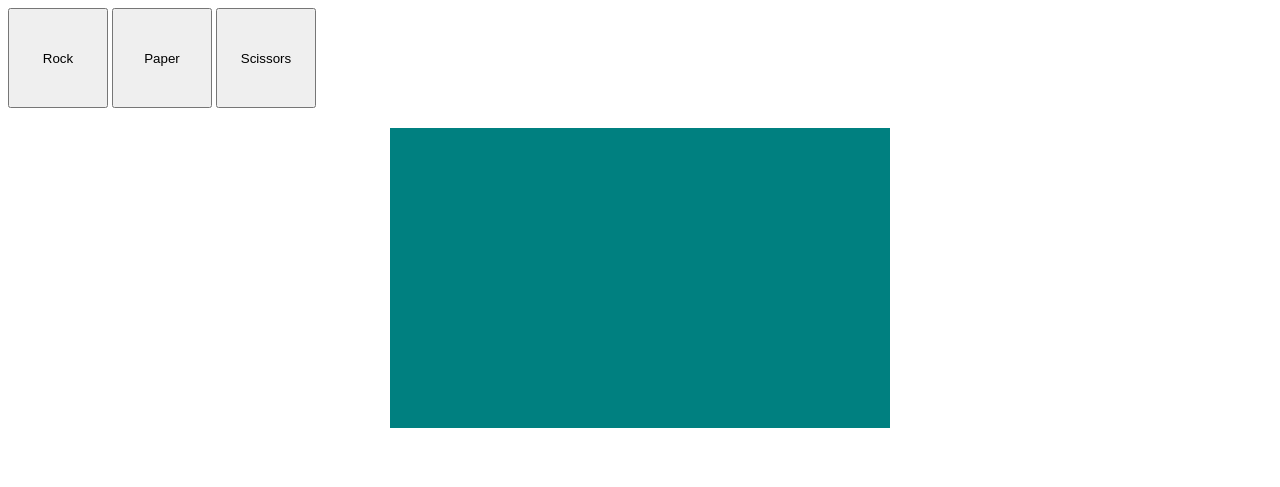
Repository: Pafestivo/rock-paper-scissors
Page: index.html
These files come from the project's save history. The page is drawn as it stood at one moment and after the next save; the edit follows.
The browser window is 1280 px wide. The pictures show the whole page.

Above is the page before, as saved 2022-10-14 14:19:55.

### index.html
<!DOCTYPE html>
<html lang="en">
<head>
  <meta charset="UTF-8">
  <meta name="viewport" content="width=device-width, initial-scale=1.0">
  <link rel="stylesheet" href="styles.css">
  <script src="js-file.js" defer></script>
  <title>Document</title>
</head>
<body>
  <button id="rock">Rock</button>
  <button id="paper">Paper</button>
  <button id="scissors">Scissors</button>

  <div id="results">

  </div>
</body>
</html>

### styles.css
button {
  width: 100px;
  height: 100px;
}

#results {
  margin: 20px auto 0 auto;
  width: 500px;
  height: 300px;
  background-color: teal;
}

### js-file.js
//round logic
function playRound(playerSelection, computerSelection) {
  let log = ""

  if (
    (playerSelection === "Rock" && computerSelection === "Paper") ||
    (playerSelection === "Paper" && computerSelection === "Scissors") ||
    (playerSelection === "Scissors" && computerSelection === "Rock")
    ) {
    log = "You lost this round!"
  }
  else if (
    (playerSelection === "Paper" && computerSelection === "Rock") ||
    (playerSelection === "Rock" && computerSelection === "Scissors") ||
    (playerSelection === "Scissors" && computerSelection === "Paper")
  ) {
    log = "You won this round!"
  }
  else if (
    (playerSelection === "Rock" && computerSelection === "Rock") ||
    (playerSelection === "Paper" && computerSelection === "Paper") ||
    (playerSelection === "Scissors" && computerSelection === "Scissors")
  ) {
    log = "This round is a draw!"
  }
  else { //input doesn't match rock, paper, or scissors.
    log = "ERROR! Please choose a valid value."
  }

  return log;
};

//computer selection
function getComputerChoice() {
  const possibleChoices = ["Rock", "Paper", "Scissors"];
  const randomize = Math.floor(Math.random() * possibleChoices.length);
  return(possibleChoices[randomize]);
};


const results = document.querySelector('#results');


//function for each player selection
function rockRound() {
  let computerSelection = getComputerChoice();
  console.log(computerSelection);

  const para = document.createElement('p');
  para.textContent = playRound("Rock", computerSelection);
  results.appendChild(para);
};

function paperRound() {
  let computerSelection = getComputerChoice();
  console.log(computerSelection);

  const para = document.createElement('p');
  para.textContent = playRound("Rock", computerSelection);
  results.appendChild(para);
};

function scissorsRound() {
  let computerSelection = getComputerChoice();
  console.log(computerSelection);

  const para = document.createElement('p');
  para.textContent = playRound("Rock", computerSelection);
  results.appendChild(para);
};
//end of player selection functions


//adding event listeners to each button
const rock = document.querySelector('#rock');
rock.addEventListener("click", rockRound);

const paper = document.querySelector('#paper');
paper.addEventListener("click", paperRound);

const scissors = document.querySelector('#scissors');
scissors.addEventListener("click", scissorsRound);

After the next save:
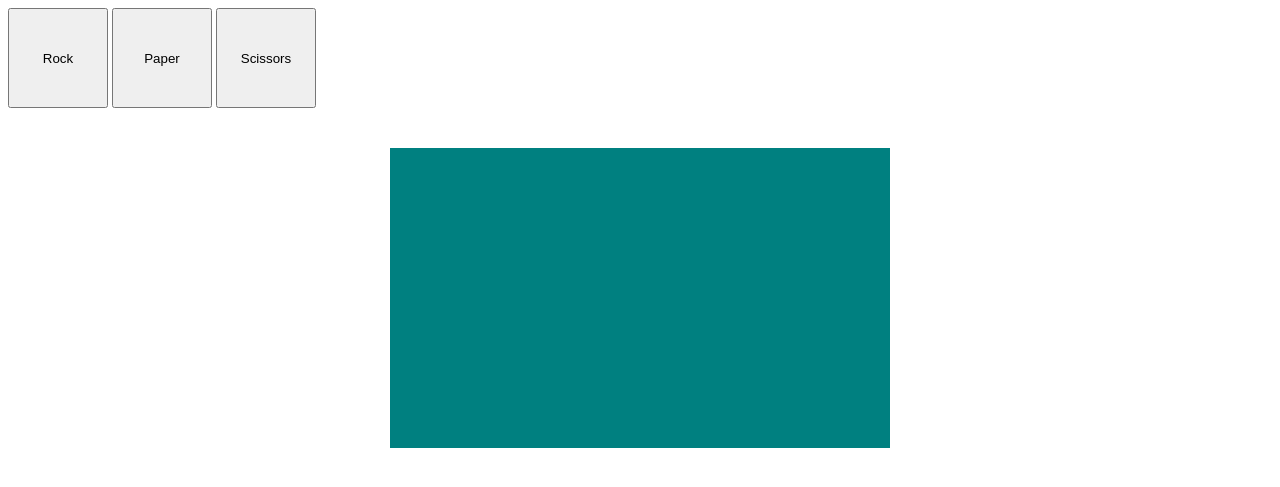
Saved 9 s later.
--- a/styles.css
+++ b/styles.css
@@ -4,7 +4,7 @@ button {
 }
 
 #results {
-  margin: 20px auto 0 auto;
+  margin: 40px auto 0 auto;
   width: 500px;
   height: 300px;
   background-color: teal;
